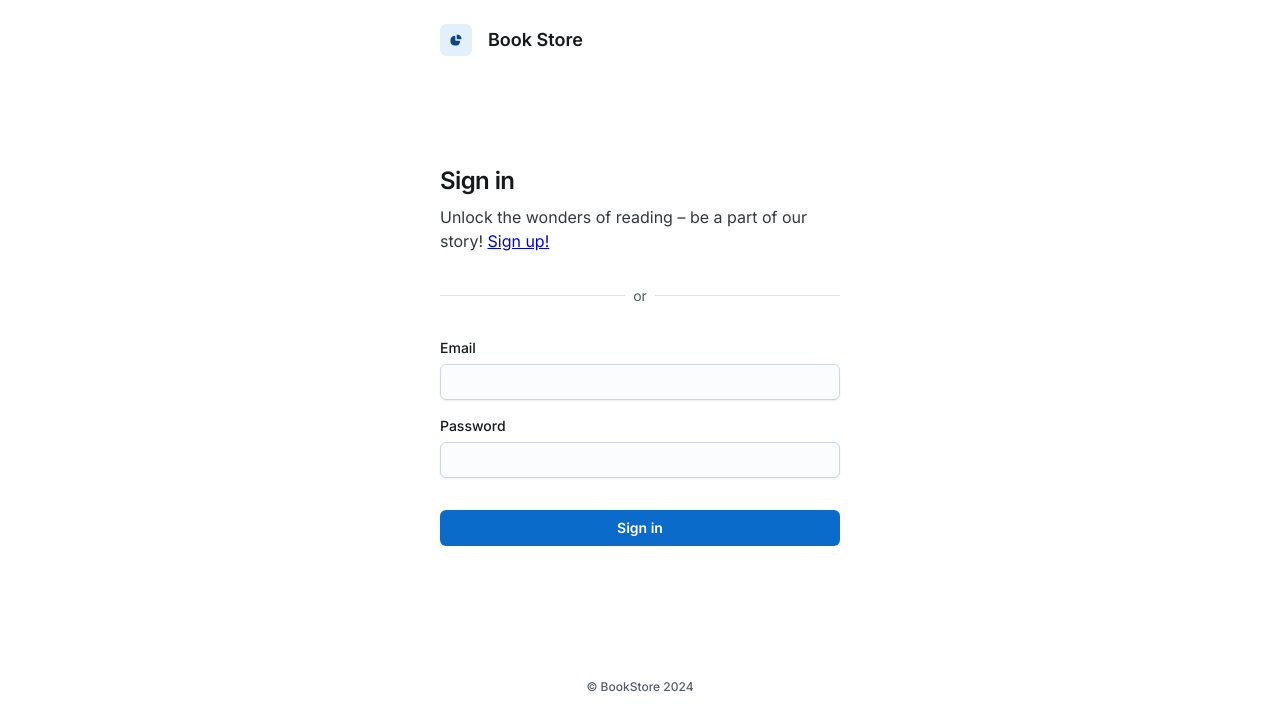
Repository: LaurentiusKevin/bookstore-fe
Page: /auth/login
These files come from the project's save history. The page is drawn as it stood at one moment and after the next save; the edit follows.
The browser window is 1280 px wide. The pictures show the whole page.
The project was rebuilt for these pictures with package versions that can differ from the ones it lists, and the page was loaded fresh each time. The framework's server and built-in components were replaced by stand-ins that run in the browser. Also part of the build but not shown: next.config.mjs.

Above is the page before, as saved 2024-04-07 00:58:21.

### src/app/layout.tsx
import type { Metadata } from "next";
import { Inter } from "next/font/google";
import "@fontsource/inter";
import ThemeRegistry from "@/components/admin/theme-registry";
import { Providers } from "@/providers";
import { ReactNode } from "react";

const inter = Inter({ subsets: ["latin"] });

export const metadata: Metadata = {
  title: "Create Next App",
  description: "Generated by create next app",
};

export default function RootLayout({
  children,
}: Readonly<{
  children: ReactNode;
}>) {
  return (
    <html lang="en">
      <body>
        <ThemeRegistry options={{ key: "joy" }}>
          <Providers>{children}</Providers>
        </ThemeRegistry>
      </body>
    </html>
  );
}

### src/app/auth/login/page.tsx
"use client";

import {
  Box,
  Button,
  Checkbox,
  CssBaseline,
  CssVarsProvider,
  Divider,
  FormControl,
  FormLabel,
  formLabelClasses,
  GlobalStyles,
  IconButton,
  Input,
  Stack,
  Typography,
} from "@mui/joy";
import { HiMiniChartPie } from "react-icons/hi2";
import Link from "next/link";
import { BsGoogle } from "react-icons/bs";
import { useRouter } from "next/navigation";
import { useForm } from "react-hook-form";
import SnackbarCustom from "@/components/snackbar-custom";
import { useState } from "react";

interface FormData {
  email: string;
  password: string;
}

export default function AuthSignIn() {
  const route = useRouter();
  const [snackbarOpen, setSnackbarOpen] = useState(false);
  const [snackbarColor, setSnackbarColor] = useState("");
  const [snackbarContent, setSnackbarContent] = useState("");

  const {
    register,
    handleSubmit,
    watch,
    setValue,
    resetField,
    formState: { errors },
  } = useForm<FormData>();

  const onSignIn = (data: FormData) => {
    // void authMutation.mutate(data);
  };

  return (
    <CssVarsProvider defaultMode="dark" disableTransitionOnChange>
      <CssBaseline />
      <GlobalStyles
        styles={{
          ":root": {
            "--Collapsed-breakpoint": "769px", // form will stretch when viewport is below `769px`
            "--Cover-width": "50vw", // must be `vw` only
            "--Form-maxWidth": "800px",
            "--Transition-duration": "0.4s", // set to `none` to disable transition
          },
        }}
      />
      <Box
        sx={(theme) => ({
          transition: "width var(--Transition-duration)",
          transitionDelay: "calc(var(--Transition-duration) + 0.1s)",
          position: "relative",
          zIndex: 1,
          display: "flex",
          justifyContent: "center",
          backdropFilter: "blur(12px)",
          backgroundColor: "rgba(255 255 255 / 0.2)",
          [theme.getColorSchemeSelector("dark")]: {
            backgroundColor: "rgba(19 19 24 / 0.4)",
          },
        })}
      >
        <Box
          sx={{
            display: "flex",
            flexDirection: "column",
            minHeight: "100dvh",
            maxWidth: "100%",
            px: 2,
          }}
        >
          <Box
            component="header"
            sx={{
              py: 3,
              display: "flex",
              alignItems: "left",
              justifyContent: "space-between",
            }}
          >
            <Box sx={{ gap: 2, display: "flex", alignItems: "center" }}>
              <IconButton variant="soft" color="primary" size="sm">
                <HiMiniChartPie />
              </IconButton>
              <Typography level="title-lg">Book Store</Typography>
            </Box>
            {/*<ColorSchemeToggle />*/}
          </Box>
          <Box
            component="main"
            sx={{
              my: "auto",
              py: 2,
              pb: 5,
              display: "flex",
              flexDirection: "column",
              gap: 2,
              width: 400,
              maxWidth: "100%",
              mx: "auto",
              borderRadius: "sm",
              "& form": {
                display: "flex",
                flexDirection: "column",
                gap: 2,
              },
              [`& .${formLabelClasses.asterisk}`]: {
                visibility: "hidden",
              },
            }}
          >
            <Stack gap={4} sx={{ mb: 2 }}>
              <Stack gap={1}>
                <Typography level="h3">Sign in</Typography>
                <Typography level="h5">
                  Unlock the wonders of reading – be a part of our story!{" "}
                  <Link href="#replace-with-a-link">Sign up!</Link>
                </Typography>
              </Stack>
            </Stack>
            <Divider
              sx={(theme) => ({
                [theme.getColorSchemeSelector("light")]: {
                  color: { xs: "#FFF", md: "text.tertiary" },
                  "--Divider-lineColor": {
                    xs: "#FFF",
                    md: "var(--joy-palette-divider)",
                  },
                },
              })}
            >
              or
            </Divider>
            <Stack gap={4} sx={{ mt: 2 }}>
              <form onSubmit={handleSubmit(onSignIn)}>
                <FormControl required>
                  <FormLabel>Email</FormLabel>
                  <Input
                    {...register("email", { required: "Required!" })}
                    type="email"
                    name="email"
                  />
                </FormControl>
                <FormControl required>
                  <FormLabel>Password</FormLabel>
                  <Input
                    {...register("password", { required: "Required!" })}
                    type="password"
                    name="password"
                  />
                </FormControl>
                <Stack gap={4} sx={{ mt: 2 }}>
                  <Button type="submit" fullWidth>
                    Sign in
                  </Button>
                </Stack>
              </form>
            </Stack>
          </Box>
          <Box component="footer" sx={{ py: 3 }}>
            <Typography level="body-xs" textAlign="center">
              © BookStore {new Date().getFullYear()}
            </Typography>
          </Box>
        </Box>
      </Box>
      <SnackbarCustom
        autoHideDuration={5000}
        variant="soft"
        onClose={() => setSnackbarOpen(false)}
        open={snackbarOpen}
      >
        {snackbarContent}
      </SnackbarCustom>
    </CssVarsProvider>
  );
}

### src/components/admin/theme-registry.tsx
"use client";
import createCache from "@emotion/cache";
import { useServerInsertedHTML } from "next/navigation";
import { CacheProvider } from "@emotion/react";
import { CssVarsProvider } from "@mui/joy/styles";
import CssBaseline from "@mui/joy/CssBaseline";
import * as React from "react";
import { ReactNode } from "react";

// This implementation is from emotion-js
// https://github.com/emotion-js/emotion/issues/2928#issuecomment-1319747902
export default function ThemeRegistry(props: {
  options: { key: string };
  children: ReactNode;
}) {
  const { options, children } = props;

  const [{ cache, flush }] = React.useState(() => {
    const cache = createCache(options);
    cache.compat = true;
    const prevInsert = cache.insert;
    let inserted: string[] = [];
    cache.insert = (...args) => {
      const serialized = args[1];
      if (cache.inserted[serialized.name] === undefined) {
        inserted.push(serialized.name);
      }
      return prevInsert(...args);
    };
    const flush = () => {
      const prevInserted = inserted;
      inserted = [];
      return prevInserted;
    };
    return { cache, flush };
  });

  useServerInsertedHTML(() => {
    const names = flush();
    if (names.length === 0) {
      return null;
    }
    let styles = "";
    for (const name of names) {
      styles += cache.inserted[name];
    }
    return (
      <style
        key={cache.key}
        data-emotion={`${cache.key} ${names.join(" ")}`}
        dangerouslySetInnerHTML={{
          __html: styles,
        }}
      />
    );
  });

  return (
    <CacheProvider value={cache}>
      <CssVarsProvider>
        {/* the custom theme is optional */}
        <CssBaseline />
        {children}
      </CssVarsProvider>
    </CacheProvider>
  );
}

### src/providers.tsx
"use client";

import React, { ReactNode } from "react";

export function Providers({ children }: { children: ReactNode }) {
  return <>{children}</>;
}

### src/components/snackbar-custom.tsx
import { Snackbar, SnackbarProps } from "@mui/joy";
import { UseSnackbarParameters } from "@mui/base";
import { ReactNode } from "react";

interface SnackbarCustomInterface extends UseSnackbarParameters {
  children: ReactNode;
}

export default function SnackbarCustom({
  autoHideDuration,
  open,
  onClose,
  color,
  variant,
  children,
}: SnackbarCustomInterface & SnackbarProps) {
  return (
    <Snackbar
      autoHideDuration={autoHideDuration}
      open={open}
      onClose={onClose}
      color={color}
      variant={variant}
    >
      {children}
    </Snackbar>
  );
}

After the next save:
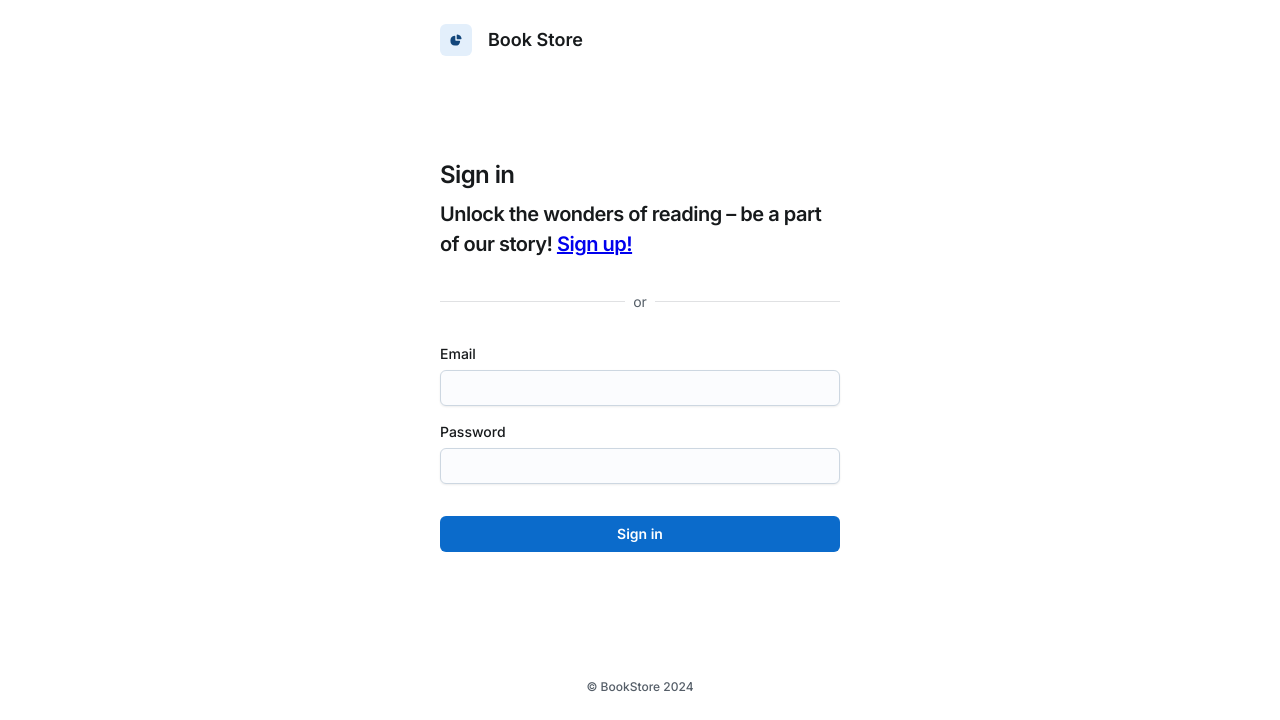
Saved 20 s later.
--- a/src/app/auth/login/page.tsx
+++ b/src/app/auth/login/page.tsx
@@ -128,7 +128,7 @@
             <Stack gap={4} sx={{ mb: 2 }}>
               <Stack gap={1}>
                 <Typography level="h3">Sign in</Typography>
-                <Typography level="h5">
+                <Typography level="h4">
                   Unlock the wonders of reading – be a part of our story!{" "}
                   <Link href="#replace-with-a-link">Sign up!</Link>
                 </Typography>

After the save that followed:
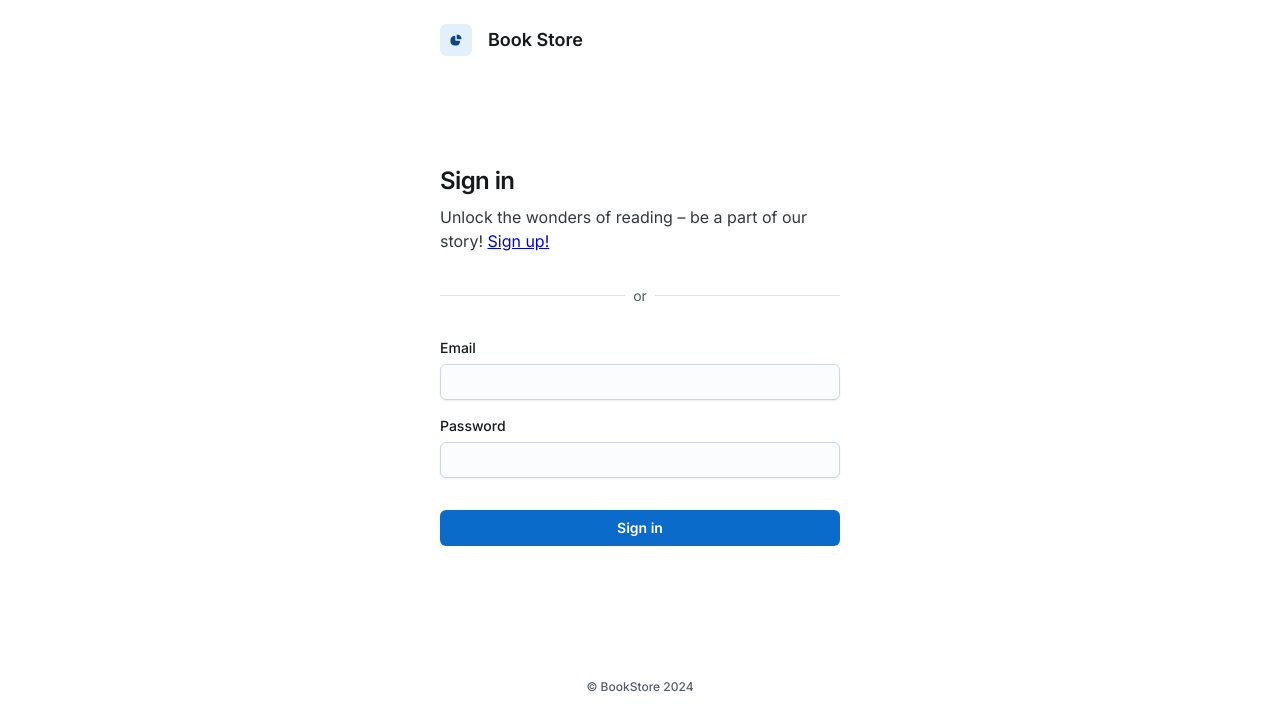
Saved 6 s later.
--- a/src/app/auth/login/page.tsx
+++ b/src/app/auth/login/page.tsx
@@ -128,7 +128,7 @@
             <Stack gap={4} sx={{ mb: 2 }}>
               <Stack gap={1}>
                 <Typography level="h3">Sign in</Typography>
-                <Typography level="h4">
+                <Typography level="h5">
                   Unlock the wonders of reading – be a part of our story!{" "}
                   <Link href="#replace-with-a-link">Sign up!</Link>
                 </Typography>
